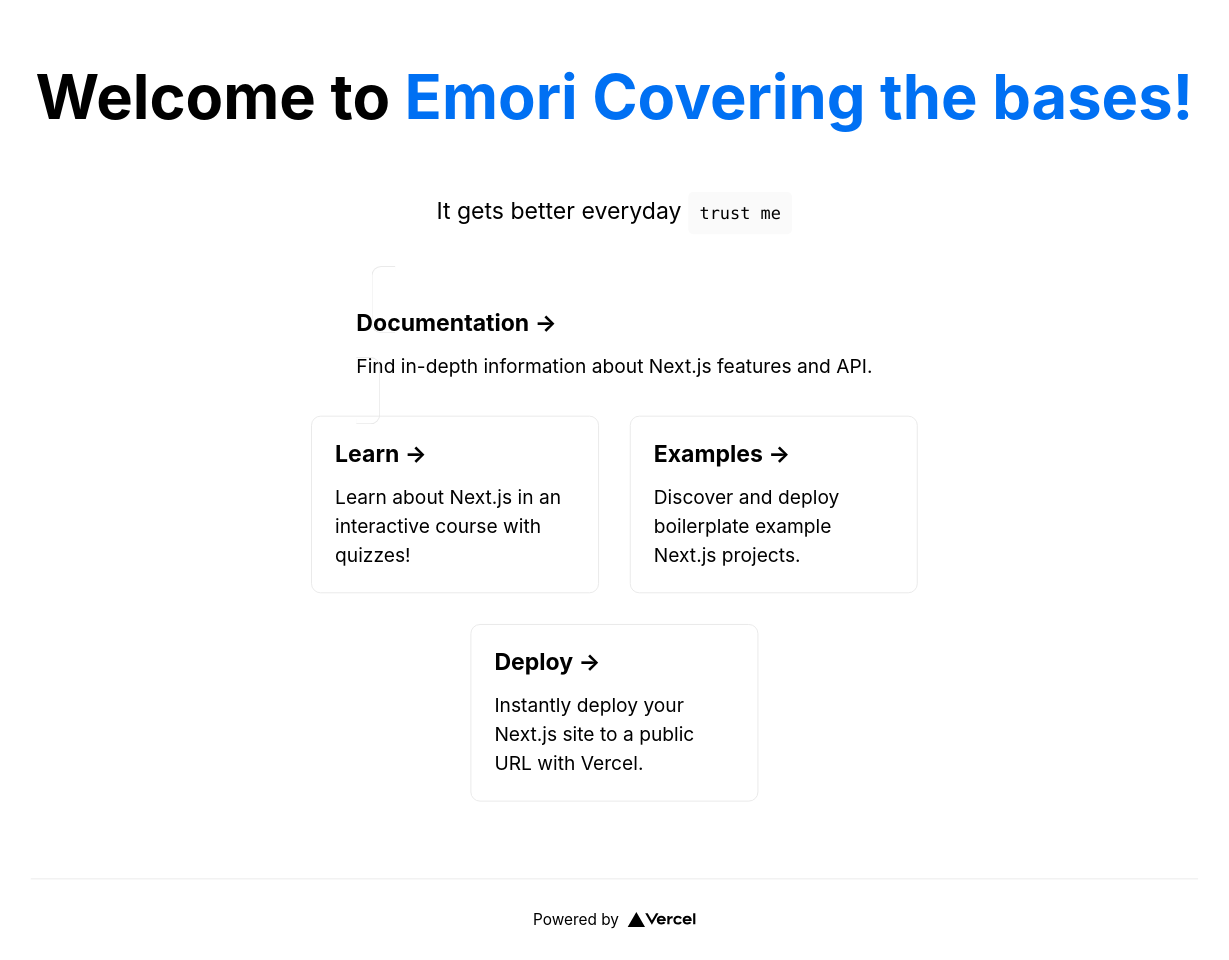
Repository: emorilebo/next-linkedin-training
Page: /
The author's editor kept a copy of each file at every save. The page is drawn from the files as they stood at one save, then again after a run of saves.
The browser window is 1280 px wide. The pictures show the whole page, at 96% of full size.
The project was rebuilt for these pictures with package versions that can differ from the ones it lists, and the page was loaded fresh each time. The framework's server and built-in components were replaced by stand-ins that run in the browser. Also part of the build but not shown: next.config.js.

Above is the page before, as saved 2022-12-25 17:51:39.

After the next 4 saves:
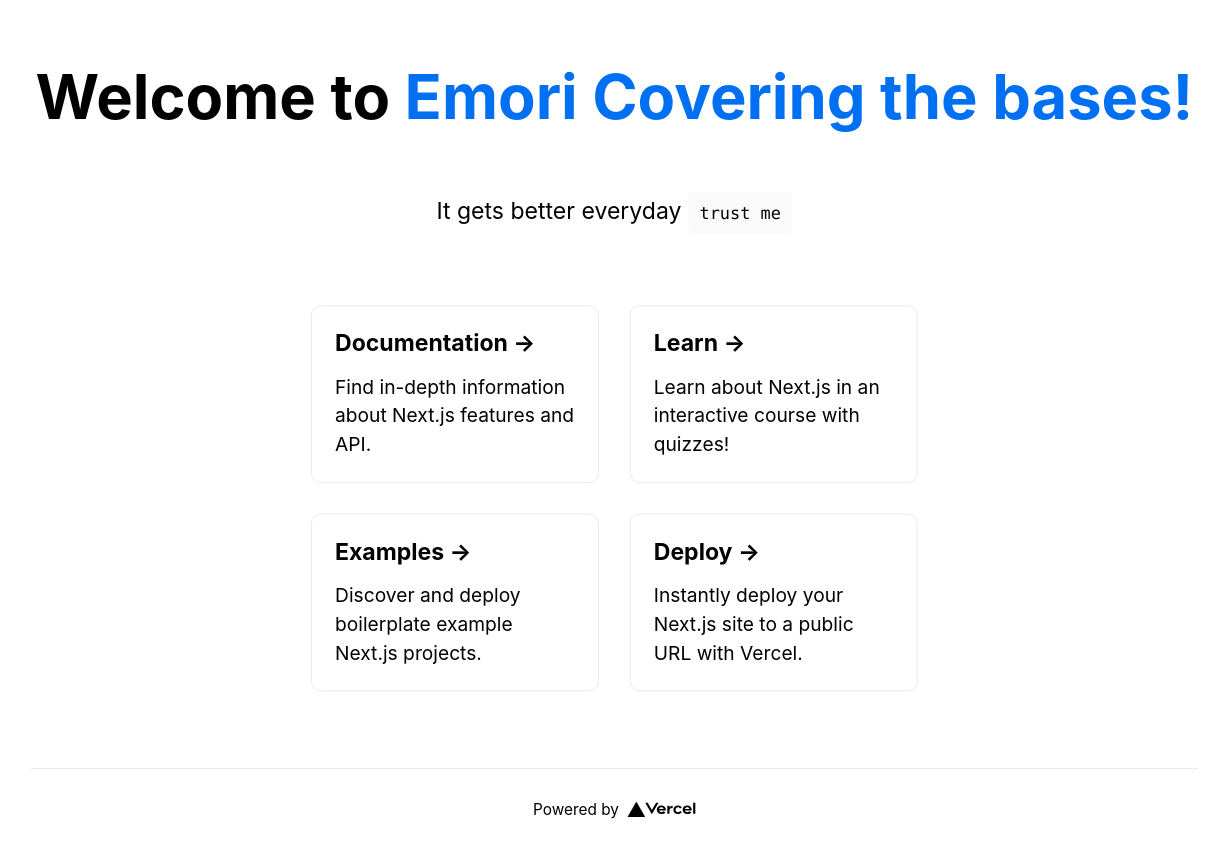
The 4 saves are shown as one change because they came seconds apart.
The last was saved 32 s later.
--- a/pages/index.js
+++ b/pages/index.js
@@ -25,11 +25,11 @@
         </p>
 
         <div className={styles.grid}>
-          <Link href="/learn/next">
-            <a  className={styles.card}>
+          <Link href="/learn/next" className={styles.card}>
+
               <h2>Documentation &rarr;</h2>
               <p>Find in-depth information about Next.js features and API.</p>
-            </a>
+
           </Link>
 
           <a href="https://nextjs.org/learn" className={styles.card}>
